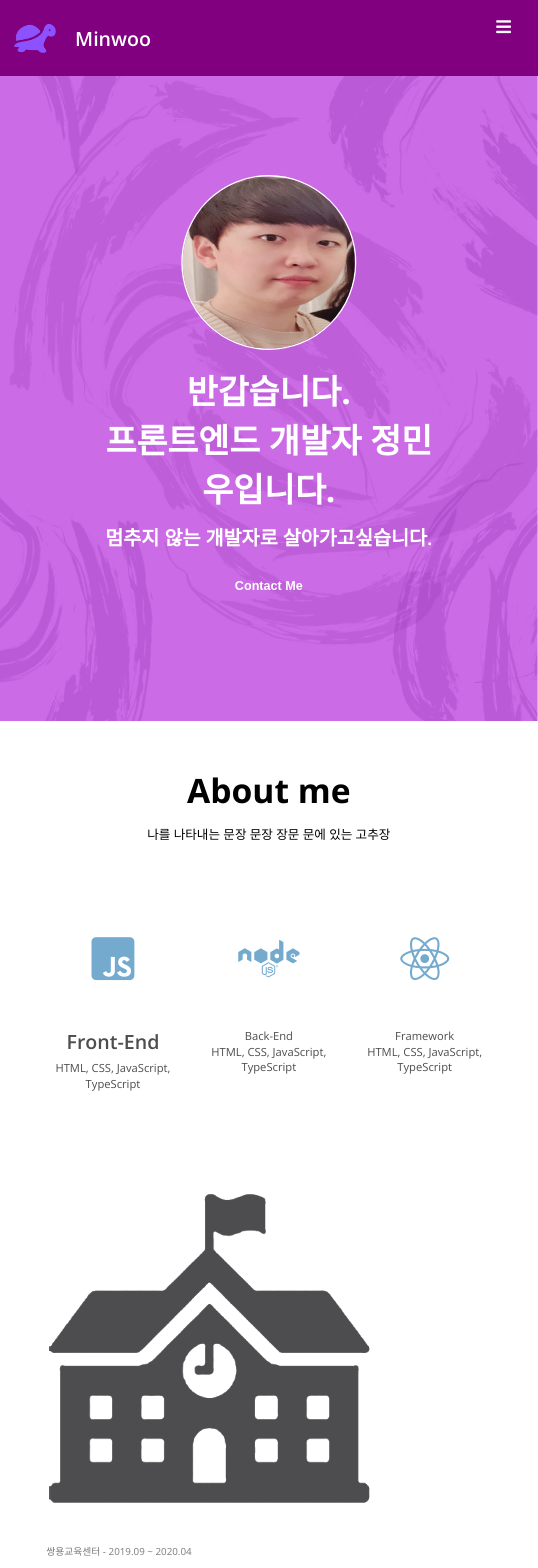
Repository: DevMinwoo-Jung/MinwooPortfolio
Page: index.html
These files come from the project's save history. The page is drawn as it stood at one moment and after the next save; the edit follows.
The browser window is 768 px wide. The pictures show the part of the page from y = 0 to 2240 px (the page is 6953 px tall before and 6853 px after), at 70% of full size.

Above is the page before, as saved 2021-06-03 11:04:14.

After the next save:
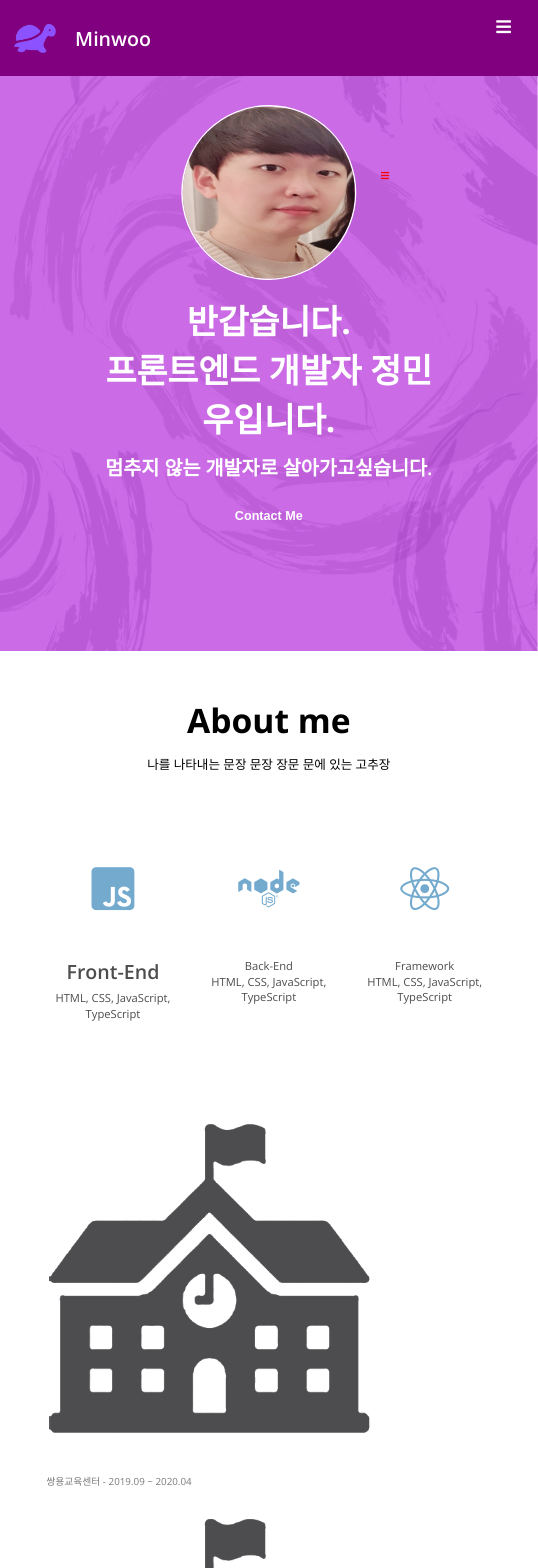
Saved 52 s later.
--- a/style.css
+++ b/style.css
@@ -537,5 +537,6 @@ button {
     width: 100px;
     height: 100px;
     color: red;
-  }
-}
+    position: fixed;
+  }
+}
